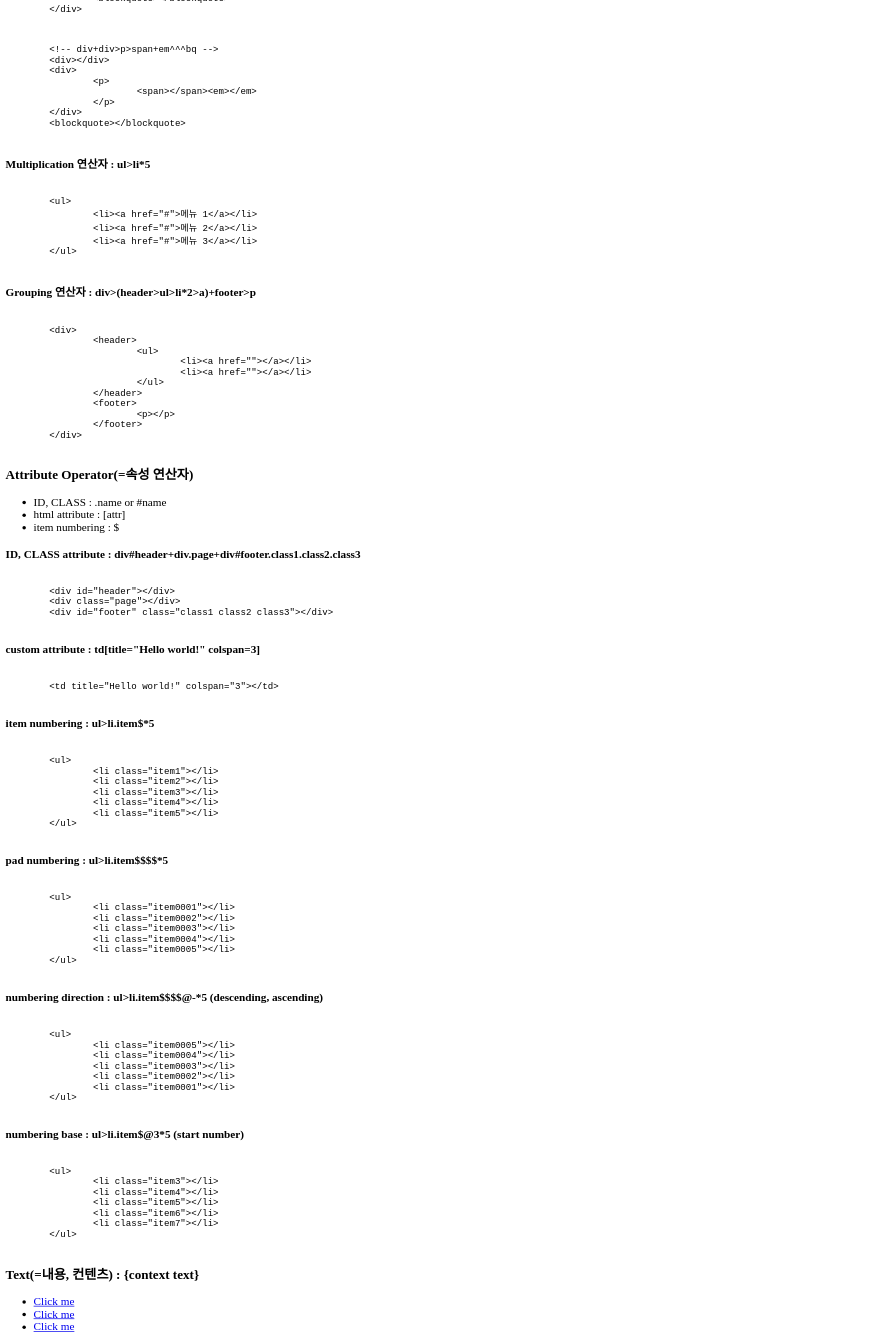
Repository: kvmhyvmvn/Study_WebUI
Page: WorkSpace/CloneCoding1/src/main/webapp/index.html
An editor plug-in stored every save of this project. The page is shown before and after the next save, followed by the edit.
The browser window is 1280 px wide. The pictures show the part of the page from y = 1069 to 2989 px (the page is 2989 px tall before and 2919 px after), at 70% of full size.

Above is the page before, as saved 2023-05-30 07:46:00.

### WorkSpace/CloneCoding1/src/main/webapp/index.html
<!DOCTYPE html>
<html>
<head>
<meta charset="UTF-8">
<title>수코딩 클론</title>
<meta name="viewport" content="width=device-width, initial-scale=1.0">
</head>
<body>
	<!-- Emmet Syntax 실습 - https://docs.emmet.io/abbreviations/syntax/ -->
	<h1>Emmet이란?</h1>
	<p>코드를 고속으로 편집하거나 코딩하는데 필요한 플러그인으로 css와 문법이 유사합니다.</p>

	<h2>Emmet 사용법</h2>
	<h3>Element(=요소)</h3>
	<p>Emmet에서 HTML 마크업 요소를 작성할때는, 요소명을 적고 Tab(=확장)을 누르면 자동으로 HTML 요소로 만들어줍니다.</p>

	<h3>Nesting Operator(=중첩 연산자)</h3>
	<ul>
		<li>Child : > (자식, 자손요소 ==> 포함관계로 작성)</li>
		<li>Sibling : + (형제 ==> 중첩된 요소와 나란히 작성)</li>
		<li>Climb-Up : ^ (캐럿 ==> 중첩을 벗어나는 것)</li>
		<li>Multiplication : * (복제 ==> 여러 요소를 작성)</li>
		<li>Grouping : () (그룹은 그룹화)</li>
	</ul>

	<h4>Child 연산자 : div>ul>li</h4>
	<xmp>
	<div>
		<ul>
			<li>Child</li>
		</ul>
	</div>
	</xmp>

	<h4>Sibling 연산자 : div+p+bq</h4>
	<xmp>
	<div></div>
	<p></p>
	<blockquote></blockquote>
	</xmp>

	<h4>Climb-up 연산자 : div+div>p>span+em</h4>
	<xmp>
	<div></div>
	<div>
		<p>
			<span></span><em></em>
		</p>
	</div>
	</xmp>

	<xmp>
	<!-- div+div>p>span+em^bq -->
	<div></div>
	<div>
		<p>
			<span></span><em></em>
		</p>
		<blockquote></blockquote>
	</div>
	</xmp>

	<xmp>
	<!-- div+div>p>span+em^^^bq -->
	<div></div>
	<div>
		<p>
			<span></span><em></em>
		</p>
	</div>
	<blockquote></blockquote>
	</xmp>

	<h4>Multiplication 연산자 : ul>li*5</h4>
	<xmp>
	<ul>
		<li><a href="#">메뉴 1</a></li>
		<li><a href="#">메뉴 2</a></li>
		<li><a href="#">메뉴 3</a></li>
	</ul>
	</xmp>

	<h4>Grouping 연산자 : div>(header>ul>li*2>a)+footer>p</h4>
	<xmp>
	<div>
		<header>
			<ul>
				<li><a href=""></a></li>
				<li><a href=""></a></li>
			</ul>
		</header>
		<footer>
			<p></p>
		</footer>
	</div>
	</xmp>

	<h3>Attribute Operator(=속성 연산자)</h3>
	<ul>
		<li>ID, CLASS : .name or #name</li>
		<li>html attribute : [attr]</li>
		<li>item numbering : $</li>
	</ul>

	<h4>ID, CLASS attribute : div#header+div.page+div#footer.class1.class2.class3</h4>
	<xmp>
	<div id="header"></div>
	<div class="page"></div>
	<div id="footer" class="class1 class2 class3"></div>
	</xmp>

	<h4>custom attribute : td[title="Hello world!" colspan=3]</h4>
	<xmp>
	<td title="Hello world!" colspan="3"></td>
	</xmp>

	<h4>item numbering : ul>li.item$*5</h4>
	<xmp>
	<ul>
		<li class="item1"></li>
		<li class="item2"></li>
		<li class="item3"></li>
		<li class="item4"></li>
		<li class="item5"></li>
	</ul>
	</xmp>

	<h4>pad numbering : ul>li.item$$$$*5</h4>
	<xmp>
	<ul>
		<li class="item0001"></li>
		<li class="item0002"></li>
		<li class="item0003"></li>
		<li class="item0004"></li>
		<li class="item0005"></li>
	</ul>
	</xmp>

	<h4>numbering direction : ul>li.item$$$$@-*5 (descending, ascending)</h4>
	<xmp>
	<ul>
		<li class="item0005"></li>
		<li class="item0004"></li>
		<li class="item0003"></li>
		<li class="item0002"></li>
		<li class="item0001"></li>
	</ul>
	</xmp>

	<h4>numbering base : ul>li.item$@3*5 (start number)</h4>
	<xmp>
	<ul>
		<li class="item3"></li>
		<li class="item4"></li>
		<li class="item5"></li>
		<li class="item6"></li>
		<li class="item7"></li>
	</ul>
	</xmp>

	<h3>Text(=내용, 컨텐츠) : {context text}</h3>
	<ul>
		<li><a href="#">Click me</a></li>
		<li><a href="#">Click me</a></li>
		<li><a href="#">Click me</a></li>
	</ul>
</body>
</html>

After the next save:
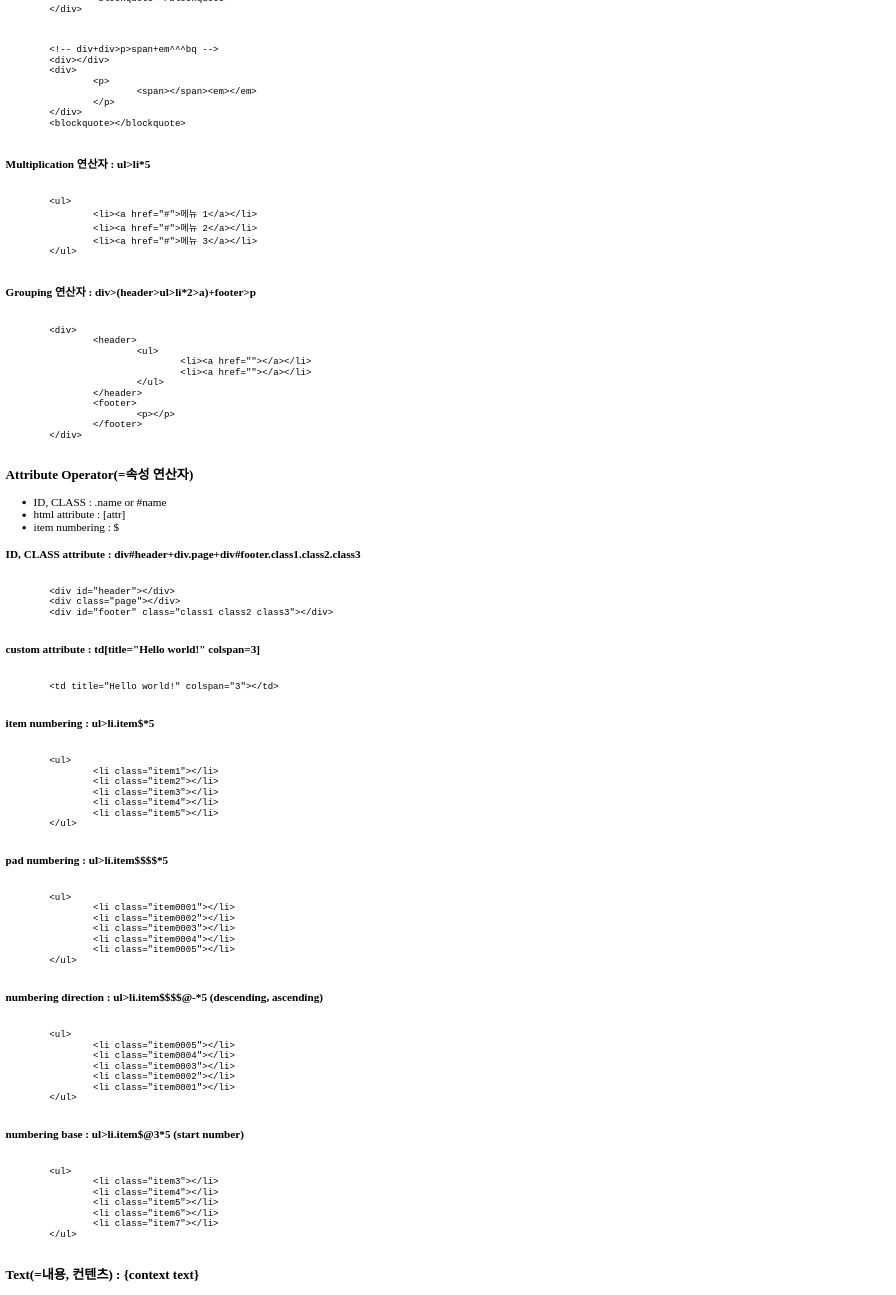
Saved 68 s later.
--- a/WorkSpace/CloneCoding1/src/main/webapp/index.html
+++ b/WorkSpace/CloneCoding1/src/main/webapp/index.html
@@ -159,10 +159,6 @@
 	</xmp>
 
 	<h3>Text(=내용, 컨텐츠) : {context text}</h3>
-	<ul>
-		<li><a href="#">Click me</a></li>
-		<li><a href="#">Click me</a></li>
-		<li><a href="#">Click me</a></li>
-	</ul>
+
 </body>
 </html>
